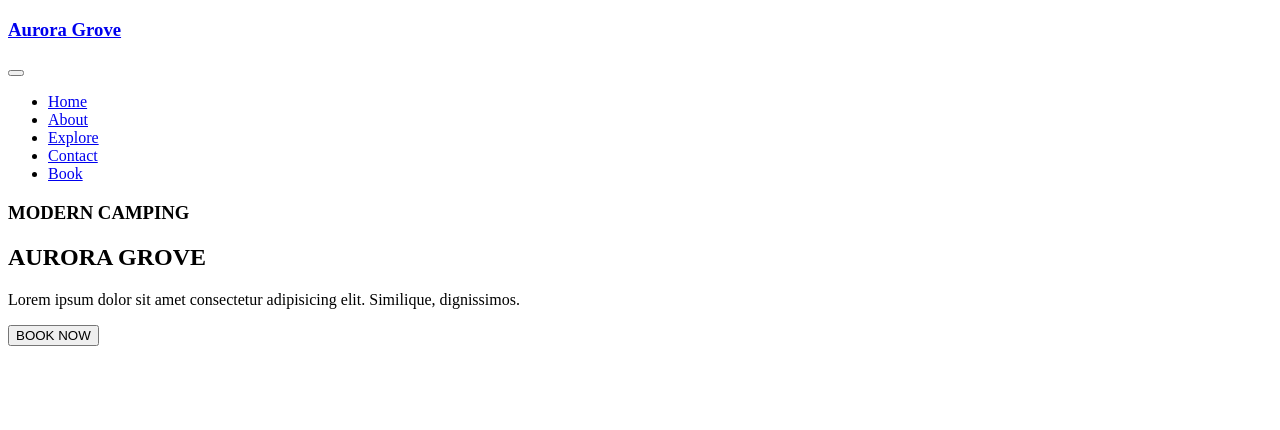
Repository: minhtien9/AuroraGrove
Page: index.html
The author's editor kept a copy of each file at every save. The page is drawn from the files as they stood at one save, then again after the next save.
The browser window is 1280 px wide. The pictures show the whole page.
The style sheet was rebuilt from its Sass, Less or Tailwind sources for each picture, by a compiler version that may differ from the author's.

Above is the page before, as saved 2021-12-04 13:35:31.

After the next save:
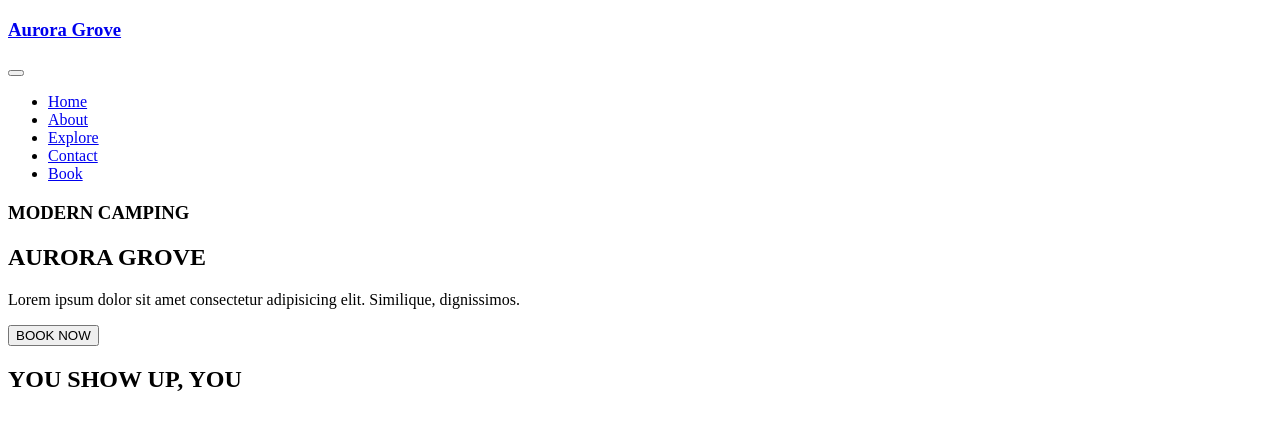
Saved 20 s later.
--- a/index.html
+++ b/index.html
@@ -85,7 +85,7 @@
 
         <!--  -->
         <section>
-            <div class="container"><h2></h2></div>
+            <div class="container"><h2>YOU SHOW UP, YOU</h2></div>
         </section>
         <!-- Bootstrap JS -->
         <script
